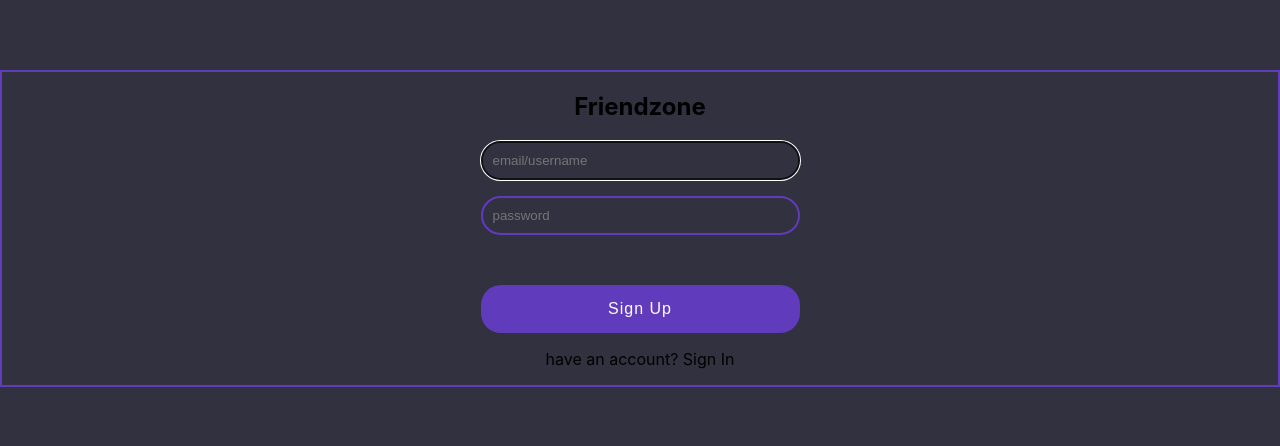
Repository: DerickT02/friend-zone
Page: /
An editor plug-in stored every save of this project. The page is shown before and after a run of saves, followed by the edit.
The browser window is 1280 px wide. The pictures show the whole page.
The project was rebuilt for these pictures with package versions that can differ from the ones it lists, and the page was loaded fresh each time. Also part of the build but not shown: src/Appreducer.js, src/GlobalState.js, src/Post.js, src/Homepage.js, src/fire.js.

Above is the page before, as saved 2021-07-07 07:52:19.

After the next 2 saves:
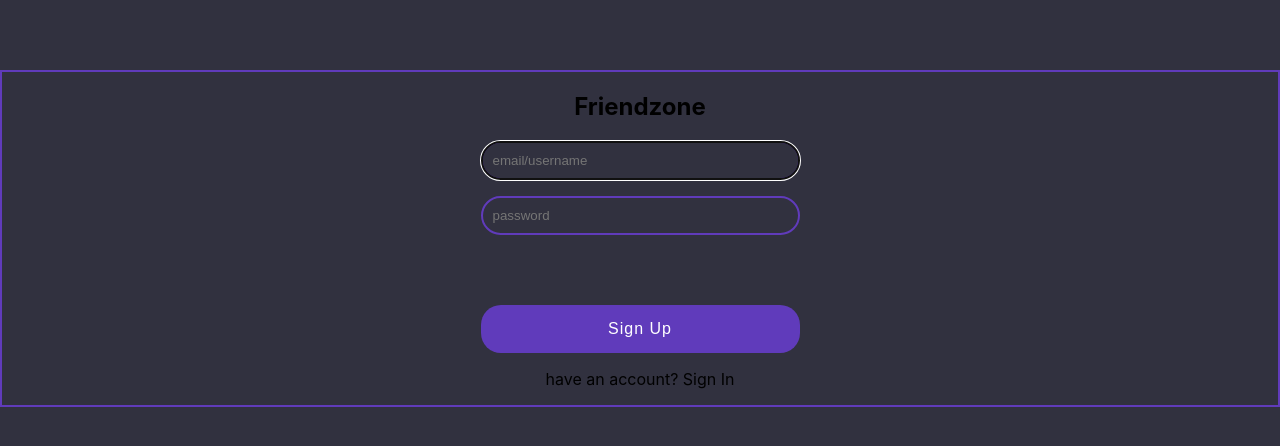
The 2 saves are shown as one change because they came seconds apart.
The last was saved 21 s later.
--- a/src/Login.css
+++ b/src/Login.css
@@ -21,7 +21,7 @@
 
 
 .btnContainer {
-  margin-top: 50px;
+  margin-top: 70px;
 }
 
 
